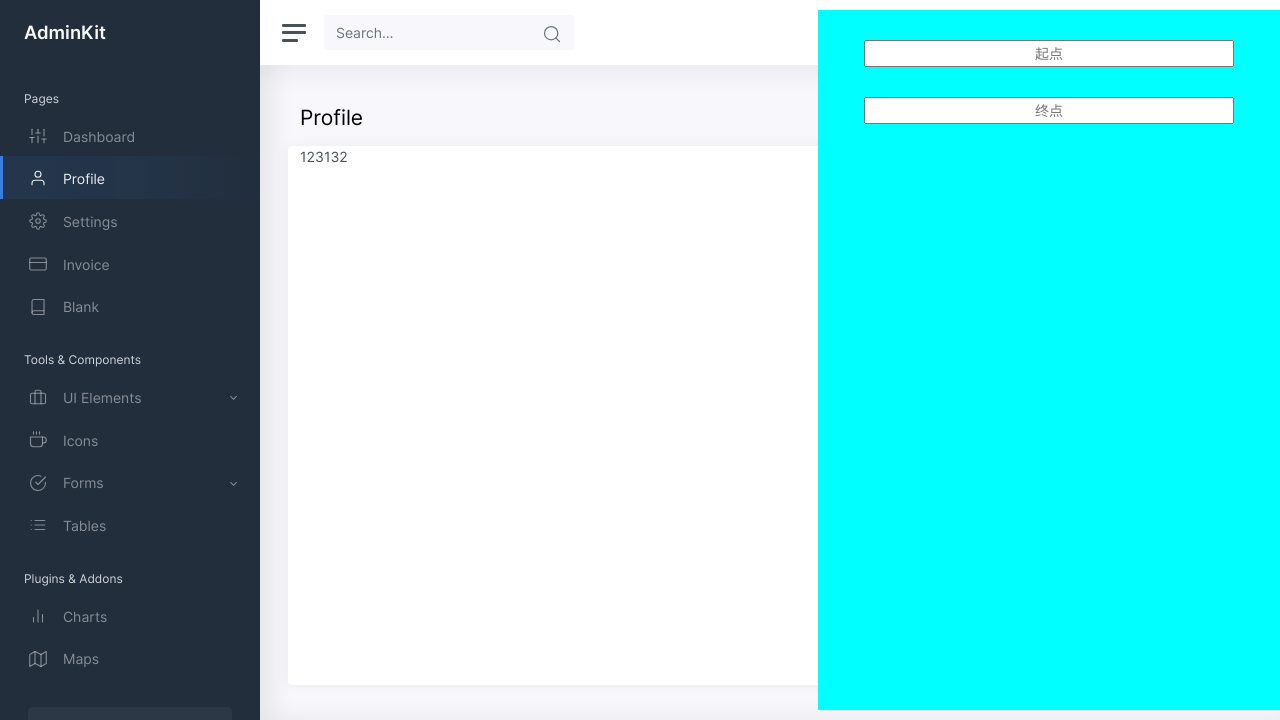
Repository: yuwei0922/WHURS-WGIS
Page: final_project/pages-profile.html
An editor plug-in stored every save of this project. The page is shown before and after the next save, followed by the edit.
The browser window is 1280 px wide. The pictures show the whole page.

Above is the page before, as saved 2022-12-21 20:55:23.
Not found: final_project/js/vendor.js

### final_project/pages-profile.html
<!DOCTYPE html>
<html lang="en">

<head>
	<meta charset="utf-8">
	<meta http-equiv="X-UA-Compatible" content="IE=edge">
	<meta name="viewport" content="width=device-width, initial-scale=1, shrink-to-fit=no">
	<meta name="description" content="Responsive Web UI Kit &amp; Dashboard Template based on Bootstrap">
	<meta name="author" content="AdminKit">
	<meta name="keywords" content="adminkit, bootstrap, web ui kit, dashboard template, admin template">
	<link rel="shortcut icon" href="img/icons/icon-48x48.png" />
	<title>Profile</title>
	<link href="css/app.css" rel="stylesheet">
	<link rel="stylesheet" href="css/content.css">
</head>

<body>
	<div class="wrapper" style="position: relative;">
		<nav id="sidebar" class="sidebar">
			<div class="sidebar-content js-simplebar">
				<a class="sidebar-brand" href="index.html">
          <span class="align-middle">AdminKit</span>
        </a>

				<ul class="sidebar-nav">
					<li class="sidebar-header">
						Pages
					</li>

					<li class="sidebar-item">
						<a class="sidebar-link" href="index.html">
              <i class="align-middle" data-feather="sliders"></i> <span class="align-middle">Dashboard</span>
            </a>
					</li>

					<li class="sidebar-item active">
						<a class="sidebar-link" href="pages-profile.html">
              <i class="align-middle" data-feather="user"></i> <span class="align-middle">Profile</span>
            </a>
					</li>

					<li class="sidebar-item">
						<a class="sidebar-link" href="pages-settings.html">
              <i class="align-middle" data-feather="settings"></i> <span class="align-middle">Settings</span>
            </a>
					</li>

					<li class="sidebar-item">
						<a class="sidebar-link" href="pages-invoice.html">
              <i class="align-middle" data-feather="credit-card"></i> <span class="align-middle">Invoice</span>
            </a>
					</li>

					<li class="sidebar-item">
						<a class="sidebar-link" href="pages-blank.html">
              <i class="align-middle" data-feather="book"></i> <span class="align-middle">Blank</span>
            </a>
					</li>

					<li class="sidebar-header">
						Tools & Components
					</li>
					<li class="sidebar-item">
						<a href="#ui" data-toggle="collapse" class="sidebar-link collapsed">
              <i class="align-middle" data-feather="briefcase"></i> <span class="align-middle">UI Elements</span>
            </a>
						<ul id="ui" class="sidebar-dropdown list-unstyled collapse " data-parent="#sidebar">
							<li class="sidebar-item"><a class="sidebar-link" href="ui-alerts.html">Alerts</a></li>
							<li class="sidebar-item"><a class="sidebar-link" href="ui-buttons.html">Buttons</a></li>
							<li class="sidebar-item"><a class="sidebar-link" href="ui-cards.html">Cards</a></li>
							<li class="sidebar-item"><a class="sidebar-link" href="ui-general.html">General</a></li>
							<li class="sidebar-item"><a class="sidebar-link" href="ui-grid.html">Grid</a></li>
							<li class="sidebar-item"><a class="sidebar-link" href="ui-modals.html">Modals</a></li>
							<li class="sidebar-item"><a class="sidebar-link" href="ui-typography.html">Typography</a></li>
						</ul>
					</li>

					<li class="sidebar-item">
						<a class="sidebar-link" href="icons-feather.html">
              <i class="align-middle" data-feather="coffee"></i> <span class="align-middle">Icons</span>
            </a>
					</li>

					<li class="sidebar-item">
						<a href="#forms" data-toggle="collapse" class="sidebar-link collapsed">
              <i class="align-middle" data-feather="check-circle"></i> <span class="align-middle">Forms</span>
            </a>
						<ul id="forms" class="sidebar-dropdown list-unstyled collapse " data-parent="#sidebar">
							<li class="sidebar-item"><a class="sidebar-link" href="forms-layouts.html">Form Layouts</a></li>
							<li class="sidebar-item"><a class="sidebar-link" href="forms-basic-inputs.html">Basic Inputs</a></li>
						</ul>
					</li>

					<li class="sidebar-item">
						<a class="sidebar-link" href="tables-bootstrap.html">
              <i class="align-middle" data-feather="list"></i> <span class="align-middle">Tables</span>
            </a>
					</li>

					<li class="sidebar-header">
						Plugins & Addons
					</li>

					<li class="sidebar-item">
						<a class="sidebar-link" href="charts-chartjs.html">
              <i class="align-middle" data-feather="bar-chart-2"></i> <span class="align-middle">Charts</span>
            </a>
					</li>

					<li class="sidebar-item">
						<a class="sidebar-link" href="maps-google.html">
              <i class="align-middle" data-feather="map"></i> <span class="align-middle">Maps</span>
            </a>
					</li>
				</ul>

				<div class="sidebar-cta">
					<div class="sidebar-cta-content">
						<strong class="d-inline-block mb-2">Upgrade to Pro</strong>
						<div class="mb-3 text-sm">
							Are you looking for more components?
						</div>
						<a href="#" target="_blank" class="btn btn-outline-primary btn-block">Upgrade</a>
					</div>
				</div>
			</div>
		</nav>
		<div class="main">
			<nav class="navbar navbar-expand navbar-light navbar-bg">
				<a class="sidebar-toggle d-flex">
          <i class="hamburger align-self-center"></i>
        </a>

				<form class="form-inline d-none d-sm-inline-block">
					<div class="input-group input-group-navbar">
						<input type="text" class="form-control" placeholder="Search…" aria-label="Search">
						<div class="input-group-append">
							<button class="btn" type="button">
                <i class="align-middle" data-feather="search"></i>
              </button>
						</div>
					</div>
				</form>

				<div class="navbar-collapse collapse">
					<ul class="navbar-nav navbar-align">
						<li class="nav-item dropdown">
							<a class="nav-icon dropdown-toggle" href="#" id="alertsDropdown" data-toggle="dropdown">
								<div class="position-relative">
									<i class="align-middle" data-feather="bell"></i>
									<span class="indicator">4</span>
								</div>
							</a>
							<div class="dropdown-menu dropdown-menu-lg dropdown-menu-right py-0" aria-labelledby="alertsDropdown">
								<div class="dropdown-menu-header">
									4 New Notifications
								</div>
								<div class="list-group">
									<a href="#" class="list-group-item">
										<div class="row no-gutters align-items-center">
											<div class="col-2">
												<i class="text-danger" data-feather="alert-circle"></i>
											</div>
											<div class="col-10">
												<div class="text-dark">Update completed</div>
												<div class="text-muted small mt-1">Restart server 12 to complete the update.</div>
												<div class="text-muted small mt-1">30m ago</div>
											</div>
										</div>
									</a>
									<a href="#" class="list-group-item">
										<div class="row no-gutters align-items-center">
											<div class="col-2">
												<i class="text-warning" data-feather="bell"></i>
											</div>
											<div class="col-10">
												<div class="text-dark">Lorem ipsum</div>
												<div class="text-muted small mt-1">Aliquam ex eros, imperdiet vulputate hendrerit et.</div>
												<div class="text-muted small mt-1">2h ago</div>
											</div>
										</div>
									</a>
									<a href="#" class="list-group-item">
										<div class="row no-gutters align-items-center">
											<div class="col-2">
												<i class="text-primary" data-feather="home"></i>
											</div>
											<div class="col-10">
												<div class="text-dark">Login from 192.186.1.8</div>
												<div class="text-muted small mt-1">5h ago</div>
											</div>
										</div>
									</a>
									<a href="#" class="list-group-item">
										<div class="row no-gutters align-items-center">
											<div class="col-2">
												<i class="text-success" data-feather="user-plus"></i>
											</div>
											<div class="col-10">
												<div class="text-dark">New connection</div>
												<div class="text-muted small mt-1">Christina accepted your request.</div>
												<div class="text-muted small mt-1">14h ago</div>
											</div>
										</div>
									</a>
								</div>
								<div class="dropdown-menu-footer">
									<a href="#" class="text-muted">Show all notifications</a>
								</div>
							</div>
						</li>
						<li class="nav-item dropdown">
							<a class="nav-icon dropdown-toggle" href="#" id="messagesDropdown" data-toggle="dropdown">
								<div class="position-relative">
									<i class="align-middle" data-feather="message-square"></i>
								</div>
							</a>
							<div class="dropdown-menu dropdown-menu-lg dropdown-menu-right py-0" aria-labelledby="messagesDropdown">
								<div class="dropdown-menu-header">
									<div class="position-relative">
										4 New Messages
									</div>
								</div>
								<div class="list-group">
									<a href="#" class="list-group-item">
										<div class="row no-gutters align-items-center">
											<div class="col-2">
												<img src="img/avatars/avatar-5.jpg" class="avatar img-fluid rounded-circle" alt="Vanessa Tucker">
											</div>
											<div class="col-10 pl-2">
												<div class="text-dark">Vanessa Tucker</div>
												<div class="text-muted small mt-1">Nam pretium turpis et arcu. Duis arcu tortor.</div>
												<div class="text-muted small mt-1">15m ago</div>
											</div>
										</div>
									</a>
									<a href="#" class="list-group-item">
										<div class="row no-gutters align-items-center">
											<div class="col-2">
												<img src="img/avatars/avatar-2.jpg" class="avatar img-fluid rounded-circle" alt="William Harris">
											</div>
											<div class="col-10 pl-2">
												<div class="text-dark">William Harris</div>
												<div class="text-muted small mt-1">Curabitur ligula sapien euismod vitae.</div>
												<div class="text-muted small mt-1">2h ago</div>
											</div>
										</div>
									</a>
									<a href="#" class="list-group-item">
										<div class="row no-gutters align-items-center">
											<div class="col-2">
												<img src="img/avatars/avatar-4.jpg" class="avatar img-fluid rounded-circle" alt="Christina Mason">
											</div>
											<div class="col-10 pl-2">
												<div class="text-dark">Christina Mason</div>
												<div class="text-muted small mt-1">Pellentesque auctor neque nec urna.</div>
												<div class="text-muted small mt-1">4h ago</div>
											</div>
										</div>
									</a>
									<a href="#" class="list-group-item">
										<div class="row no-gutters align-items-center">
											<div class="col-2">
												<img src="img/avatars/avatar-3.jpg" class="avatar img-fluid rounded-circle" alt="Sharon Lessman">
											</div>
											<div class="col-10 pl-2">
												<div class="text-dark">Sharon Lessman</div>
												<div class="text-muted small mt-1">Aenean tellus metus, bibendum sed, posuere ac, mattis non.</div>
												<div class="text-muted small mt-1">5h ago</div>
											</div>
										</div>
									</a>
								</div>
								<div class="dropdown-menu-footer">
									<a href="#" class="text-muted">Show all messages</a>
								</div>
							</div>
						</li>
						<li class="nav-item dropdown">
							<a class="nav-icon dropdown-toggle d-inline-block d-sm-none" href="#" data-toggle="dropdown">
                <i class="align-middle" data-feather="settings"></i>
              </a>

							<a class="nav-link dropdown-toggle d-none d-sm-inline-block" href="#" data-toggle="dropdown">
                <img src="img/avatars/avatar.jpg" class="avatar img-fluid rounded mr-1" alt="Charles Hall" /> <span class="text-dark">Charles Hall</span>
              </a>
							<div class="dropdown-menu dropdown-menu-right">
								<a class="dropdown-item" href="pages-profile.html"><i class="align-middle mr-1" data-feather="user"></i> Profile</a>
								<a class="dropdown-item" href="#"><i class="align-middle mr-1" data-feather="pie-chart"></i> Analytics</a>
								<div class="dropdown-divider"></div>
								<a class="dropdown-item" href="pages-settings.html"><i class="align-middle mr-1" data-feather="settings"></i> Settings & Privacy</a>
								<a class="dropdown-item" href="#"><i class="align-middle mr-1" data-feather="help-circle"></i> Help Center</a>
								<div class="dropdown-divider"></div>
								<a class="dropdown-item" href="#">Log out</a>
							</div>
						</li>
					</ul>
				</div>
			</nav>
			<main class="content">
				<div class="container-fluid p-0 map-background">
					<h1 class="h3 mb-3">Profile</h1>
					<div class="row map-background">
						<div class="card col-12 mapcontent">123132</div>
					</div>
				</div>
			</main>
		</div>
	<div class="select-contronller">
		<input type="text" placeholder="起点" name="ori" class="input-ori">
		<input type="text" placeholder="终点" name="des" class="input-des">
		</div>
	</div>
	<script src="js/vendor.js"></script>
	<script src="js/app.js"></script>
</body>

</html>

### final_project/css/content.css
.map-background{
    height:100%;
}

.mapcontent{
    height: 90%;
}

.select-contronller{
    position: absolute;
    height: 700px;
    top: 50%;
    right: 0;
    transform: translateY(-50%);
    background-color:aqua ;
    text-align: center;

}

.input-ori{
    margin-top: 30px;
    width: 80%;
    text-align: center;
}

.input-des{
    margin-top: 30px;
    width: 80%;
    text-align: center;
}

Loaded but not shown: final_project/css/app.css (library); final_project/js/app.js (library)

After the next save:
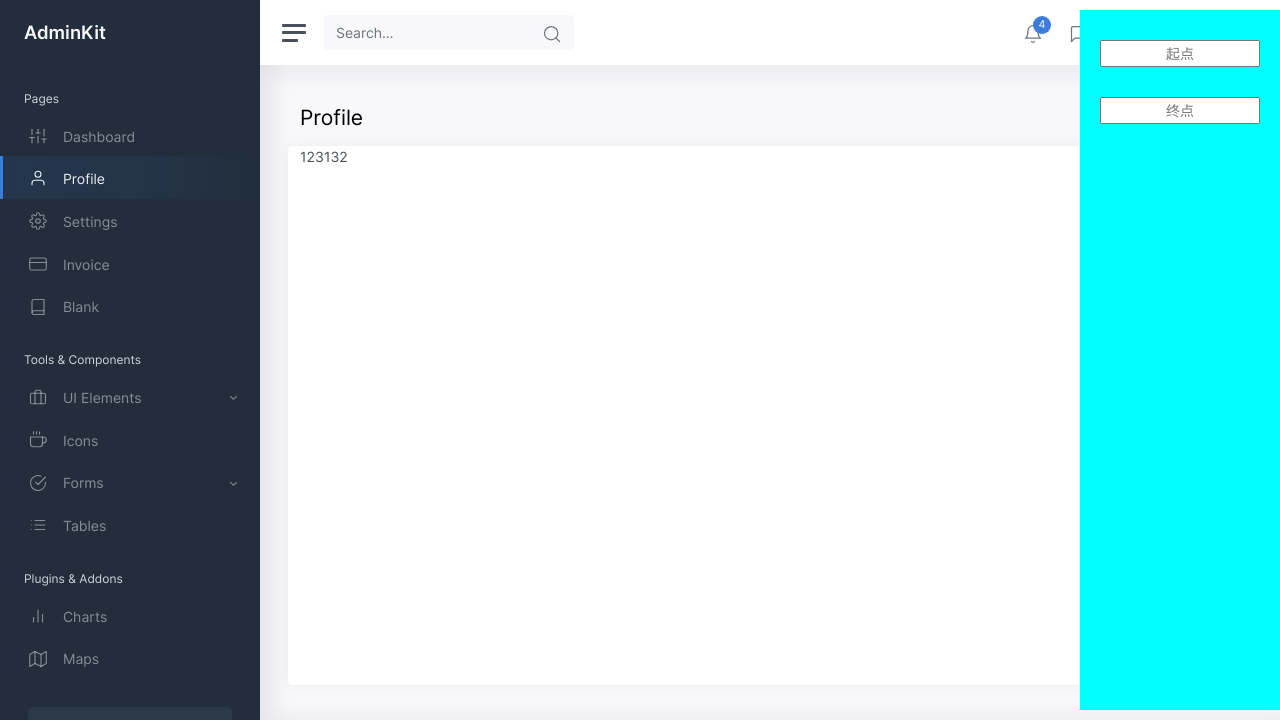
Saved 19 s later.
--- a/final_project/css/content.css
+++ b/final_project/css/content.css
@@ -14,7 +14,7 @@
     transform: translateY(-50%);
     background-color:aqua ;
     text-align: center;
-
+    width: 200px;
 }
 
 .input-ori{
